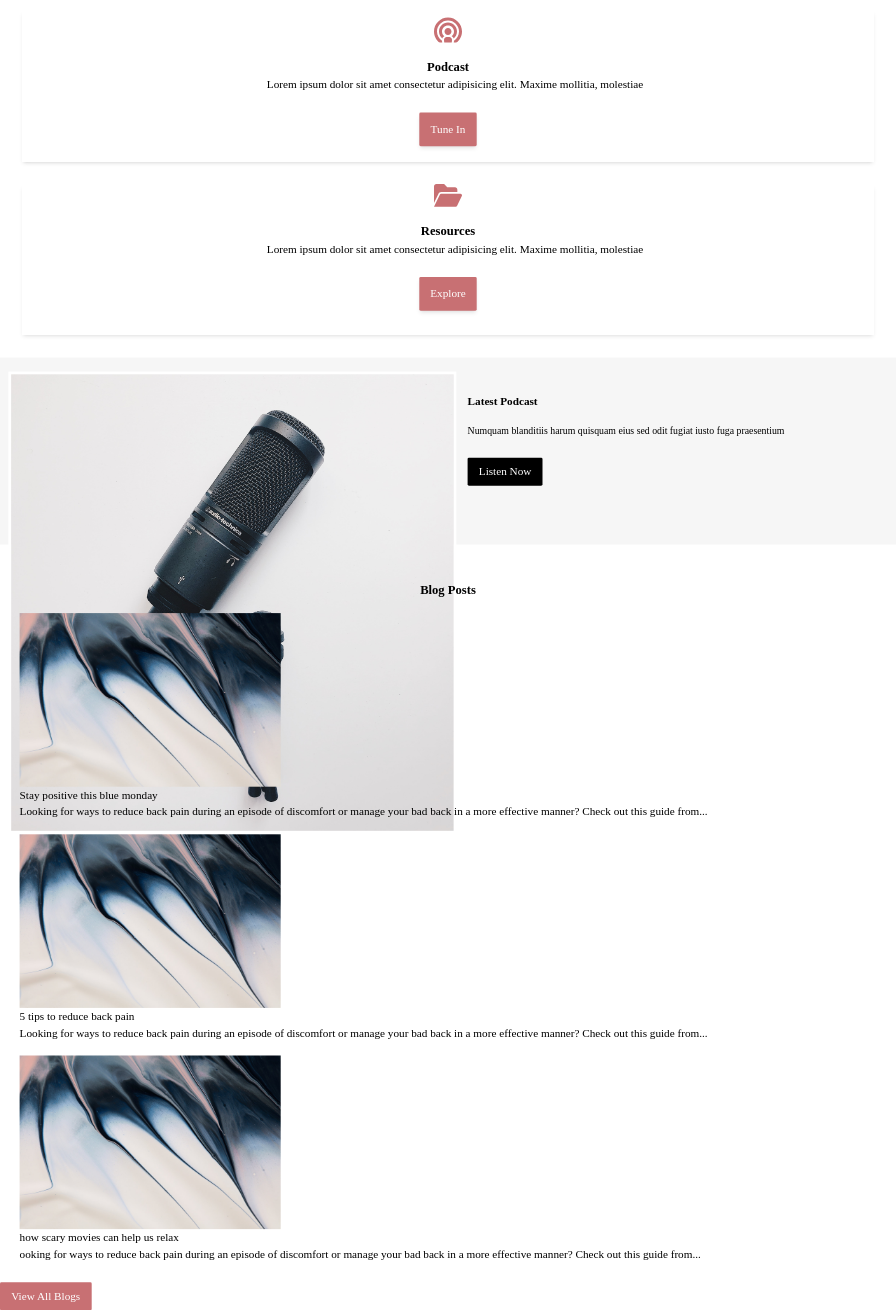
Repository: BrightonMboya/being-you
Page: /
These files come from the project's save history. The page is drawn as it stood at one moment and after the next save; the edit follows.
The browser window is 1280 px wide. The pictures show the part of the page from y = 1077 to 2997 px (the page is 2949 px tall before and 2997 px after), at 70% of full size.
The project was rebuilt for these pictures with package versions that can differ from the ones it lists, and the page was loaded fresh each time.

Above is the page before, as saved 2022-05-29 08:29:36.

### src/index.css
@tailwind base;
@tailwind components;
@tailwind utilities;

@layer base {
    html {
        font-family: Cormorant Garamond;
    }
}

### src/App.js
import React from "react";
import NavBar from './Components/Navbar/NavBar';
import HeroSection from "./Components/Hero-Section/HeroSection";
import About from "./Components/About/About"
import Explore from "./Components/Podcast/Explore";
import Podcast from "./Components/Podcast/Podcast";
import Blogs from "./Components/Blog/Blogs";

function App() {
  return (
    <React.Fragment>
     <NavBar/>
     <HeroSection/>
     <About/>
     <Explore/>
     <Podcast/>
     <Blogs/>
    </React.Fragment>
  );
}

export default App;

### src/Components/Navbar/NavBar.jsx
import React, { useState } from 'react'
import { Link } from 'react-scroll'
import logo from '../../assets/logo.png'
import { FaBars, FaTimes, FaInstagram, FaYoutube } from 'react-icons/fa'

const NavBar = () => {
  const [nav, setNav] = useState(false)
  const handleClick = () => setNav(!nav)
  return (
    <React.Fragment>
      <div className="flex items-center justify-between shadow-md">
        <div className="md:hidden">
          <img src={logo} alt="" className="object-cover w-28 h-28" />
        </div>

        {/* menu */}
        <ul className="hidden md:flex gap-[4vh] ml-[6vh] mt-4">
          <li className="mt-5">
            <Link to="home" smooth={true} duration={500}>
              Home
            </Link>
          </li>
          <li className="mt-5">
            <Link to="about" smooth={true} duration={500}>
              About
            </Link>
          </li>
          <li className="mt-5">
            <Link to="listen" smooth={true} duration={500}>
              Listen
            </Link>
          </li>
          <li className="mt-5">
            <Link to="read" smooth={true} duration={500}>
              Read
            </Link>
          </li>
          <li>
            <img src={logo} alt="" className="object-cover w-30 h-20" />
          </li>
          <li className="mt-5">
            <Link to="contact" smooth={true} duration={500}>
              Contact
            </Link>
          </li>
          <li className="mt-5">
            <FaInstagram className="" />
          </li>
          <li className="mt-5">
            <FaYoutube />
          </li>
        </ul>

        {/* Hamburger Menu */}
        <div className="md:hidden z-10" onClick={handleClick}>
          {!nav ? (
            <FaBars className="text-2xl w-full mr-8" />
          ) : (
            <FaTimes className="text-3xl  mr-3" />
          )}
        </div>

        {/* mobile menu */}
        <ul
          className={
            !nav
              ? 'hidden'
              : 'absolute top-0 left-0 w-full h-[60vh] flex flex-col justify-center items-center'
          }
        >
          <li className="text-2xl py-5">
            <Link onClick={handleClick} to="home" smooth={true} duration={500}>
              Home
            </Link>
          </li>
          <li className="text-2xl">
            <Link to="about" smooth={true} duration={500}>
              About
            </Link>
          </li>
          <li className="text-2xl">
            <Link to="listen" smooth={true} duration={500}>
              Listen
            </Link>
          </li>
          <li className="text-2xl">
            <Link to="read" smooth={true} duration={500}>
              Read
            </Link>
          </li>

          <li className="text-2xl">
            <Link to="contact" smooth={true} duration={500}>
              Contact
            </Link>
          </li>
        </ul>
      </div>
    </React.Fragment>
  )
}

export default NavBar

### src/Components/Hero-Section/HeroSection.jsx
import React from 'react'
import hero from '../../assets/hero.png'

const HeroSection = () => {
  return (
    <div
      style={{
        backgroundImage: `url(${hero})`,
        objectPosition: 'cover',
      }}
      className="object-cover bg-cover bg-no-repeat h-[30vh] md:h-[30vh]"
    >
      <div className="flex flex-col items-center justify-center pt-[7vh]">
        <h3 className="text-center text-lg text-white font-medium py-[3vh] md:text-4xl">
          Loving Self. Embracing life. Defining purpose
        </h3>

        <button className="bg-[#C87073] text-white mb-5 px-5 py-1 text-sm md:py-4 px-7 text-lg">
          Learn More
        </button>
      </div>
    </div>
  )
}

export default HeroSection

### src/Components/About/About.jsx
import React from "react";
import about from "../../assets/about.jpg";

const About = () => {
  return (
    <div className="flex flex-col justify-center items-center bg-[#F6F6F6]">
      <div className="py-6 md:grid grid-cols-3 gap-3">
        <div className="mt-6">
          <h3 className="text-center font-semibold">About</h3>
          <p className="text-center px-4 md:mt-3">
            "The Value of identity of course is that so often with it comes
            purpose.
          </p>
        </div>
        <img src={about} alt="" className="mt-6 px-8" />
        <p className="text-center px-3 text-sm mt-7 md:text-base">
          Lorem ipsum dolor sit amet consectetur adipisicing elit. Maxime
          mollitia, molestiae vel sint commodi repudiand consequuntur voluptatum
            <br/>
          blanditiis harum quisquam eius sed odit fugiat iusto fuga praesenti
          optio, eaque rerum! Provident similique accusanti nemo autem.
        </p>
      </div>
    </div>
  );
};

export default About;

### src/Components/Podcast/Explore.jsx
import React from "react";
import ExploreCard from "./ExploreCard";
import book from "../../assets/book.svg";
import podcast from "../../assets/podcast.svg";
import resources from "../../assets/resources.svg";

const Explore = () => {
  return (
    <div className="mt-5">
      <h3 className="text-center font-semibold text-lg">Explore</h3>
      <div className="flex flex-col px-8">
        <ExploreCard
          image={book}
          title="Books"
          description="Lorem ipsum dolor sit amet consectetur adipisicing elit. Maxime mollitia, molestiae "
          action="Read On"
        />
        <ExploreCard
          image={podcast}
          title="Podcast"
          description="Lorem ipsum dolor sit amet consectetur adipisicing elit. Maxime mollitia, molestiae "
          action="Tune In"
        />
        <ExploreCard
          image={resources}
          title="Resources"
          description="Lorem ipsum dolor sit amet consectetur adipisicing elit. Maxime mollitia, molestiae "
          action="Explore"
        />

      </div>
    </div>
  );
};

export default Explore;

### src/Components/Podcast/Podcast.jsx
import React from "react";
import mic from "../../assets/mic.jpg";

const Podcast = () => {
  return (
    <div className="bg-[#F6F6F6] mt-8 h-[37vh]">
      <div className="grid grid-cols-2">
        <img
          src={mic}
          alt=""
          className="h-full w-25 object-cover ml-3  mt-5 border-4 border-white"
        />
        <div className="mt-[7vh] ml-7">
          <h3 className="font-semibold">Latest Podcast</h3>
          <p className="text-sm mr-5 mt-5">
            Numquam blanditiis harum quisquam eius sed odit fugiat iusto fuga
            praesentium
          </p>

          <button className="mt-7 bg-black text-white px-4 py-2 rounded-sm shadow-mdF">
            Listen Now
          </button>
        </div>
      </div>
    </div>
  );
};

export default Podcast;

### src/Components/Blog/Blogs.jsx
import React from "react";
import BlogCard from "./BlogCard";
import blog from "../../assets/blog.png";

const Blogs = () => {
  return (
    <div>
      <div className="mt-[7vh]">
        <h3 className="text-center font-semibold text-lg">Blog Posts</h3>
        <div>
          <BlogCard
            image={blog}
            title="Stay positive this blue monday"
            description="Looking for ways to reduce back pain during an episode of
            discomfort or manage your bad back in a more effective manner? Check out this guide from..."
          />
          <BlogCard
            image={blog}
            title="5 tips to reduce back pain"
            description="Looking for ways to reduce back pain during an episode of
            discomfort or manage your bad back in a more effective manner? Check out this guide from..."
          />
          <BlogCard
            image={blog}
            title="how scary movies can help us relax"
            description="ooking for ways to reduce back pain during an episode of
            discomfort or manage your bad back in a more effective manner? Check out this guide from..."
          />
        </div>

        <button className="mt-7 bg-[#C87073] text-white px-4 py-2 rounded-sm shadow-mdF">
            View All Blogs
          </button>
      </div>
    </div>
  );
};

export default Blogs;

### src/Components/Podcast/ExploreCard.jsx
import React from "react";

const ExploreCard = (props) => {
  return (
    <div className="mt-8">
      <div className="flex flex-col items-center shadow-md h-[30vh]">
        <img src={props.image} alt="" />
        <h3 className="mt-5 font-semibold text-lg">{props.title}</h3>
        <p className="ml-5">{props.description}</p>

        <button className="mt-7 bg-[#C87073] text-white px-4 py-3 rounded-sm shadow-md">{props.action}</button>
      </div>
    </div>
  );
};

export default ExploreCard;

### src/Components/Blog/BlogCard.jsx
import React from 'react'

const BlogCard = (props) => {
  return (
    <div>
        <div className='px-7'>
            <img src={props.image} alt="" className='mt-5 object-cover'/>
            <h3>{props.title}</h3>
            <p>{props.description}</p>
        </div>
    </div>
  )
}

export default BlogCard

Loaded but not shown: public/index.html (common file); src/index.js (common file); tailwind.config.js (common file)

After the next save:
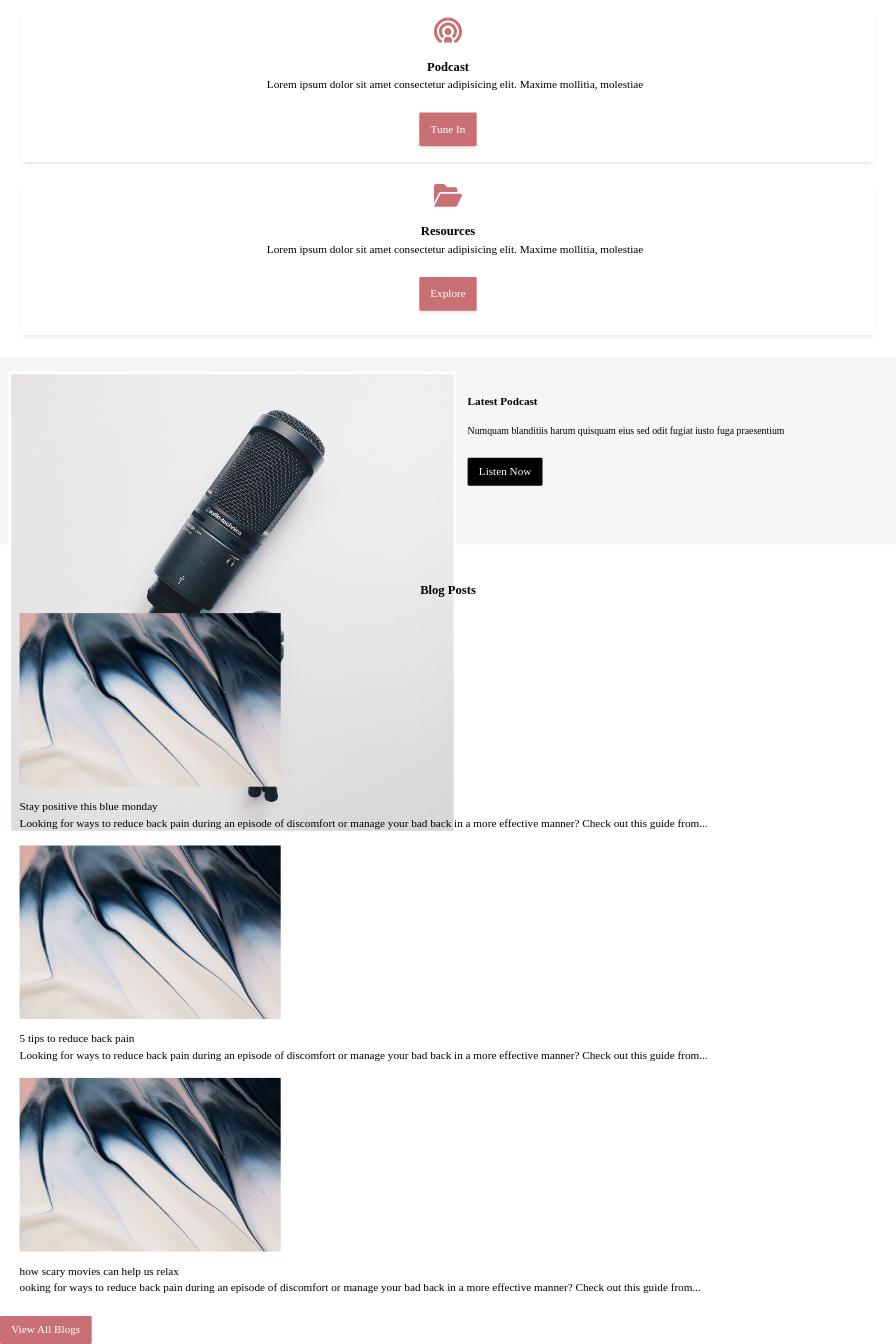
Saved 15 s later.
--- a/src/Components/Blog/BlogCard.jsx
+++ b/src/Components/Blog/BlogCard.jsx
@@ -5,7 +5,7 @@ const BlogCard = (props) => {
     <div>
         <div className='px-7'>
             <img src={props.image} alt="" className='mt-5 object-cover'/>
-            <h3>{props.title}</h3>
+            <h3 className='mt-4'>{props.title}</h3>
             <p>{props.description}</p>
         </div>
     </div>
